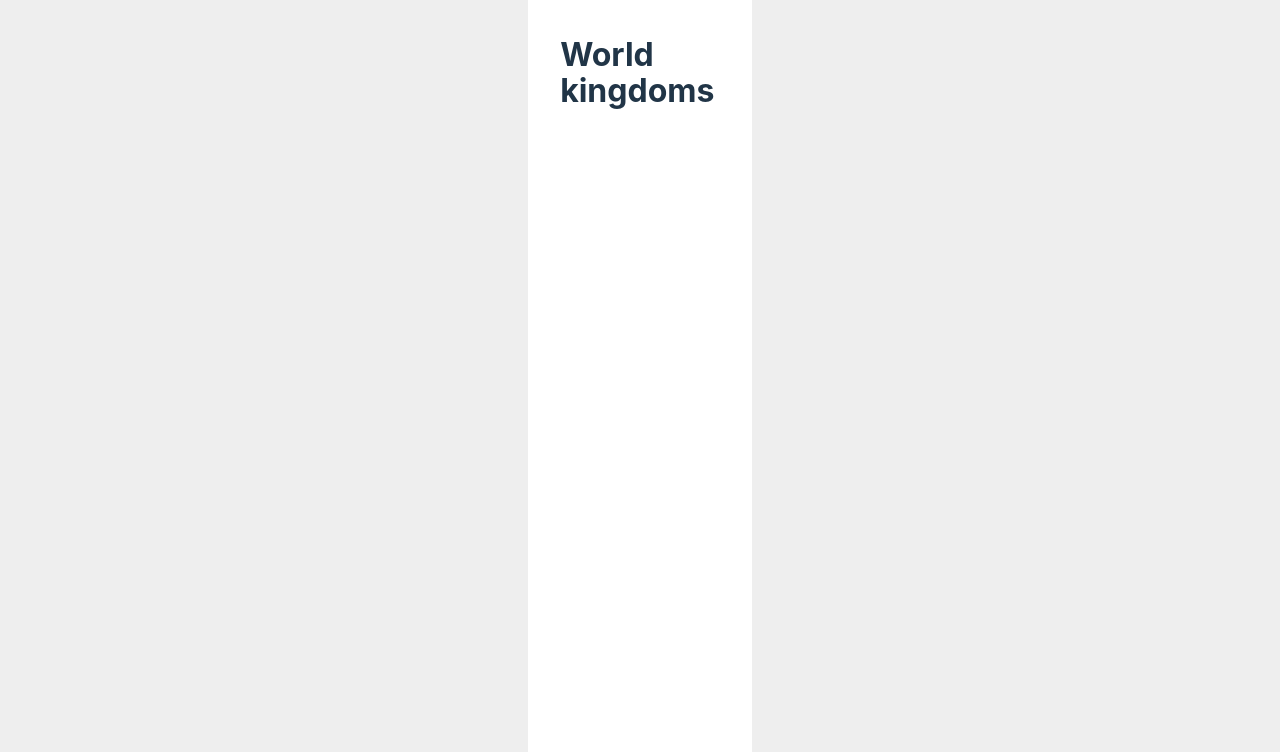
Repository: SamanthaYan298/my_world_kingdoms
Page: /
The author's editor kept a copy of each file at every save. The page is drawn from the files as they stood at one save, then again after the next save.
The browser window is 1280 px wide. The pictures show the whole page.
The page's requests for data from a server got no answer. The project was rebuilt for these pictures with package versions that can differ from the ones it lists, and the page was loaded fresh each time. No one was signed in, and anything a server would have sent is missing. Also part of the build but not shown: vite.config.js.

Above is the page before, as saved 2024-11-20 18:00:21.

### src/App.jsx
import { useEffect, useState } from 'react'
import './App.css'
import Countries from '../components/Countries';

function App() {

  const [query, setQuery] = useState('');
  const [countries, setCountries] = useState([]);
  const [fetchStatus, setFetchStatus] = useState('idle');

  // load data on mount - only load once
  useEffect(() => {
    const url = ` https://restcountries.com/v3.1/name/kingdom`;

    async function fetchData() {
      let response, data;
      try{
        setFetchStatus('loading');
        response = await fetch(url);
        data = await response.json();
        setCountries(data);
        setFetchStatus('idle');
      } catch(e) {
        setFetchStatus('error');
        console.error(e.message);
      }
    }

    fetchData();

  }, [query]);

  let filteredCountries = [...countries];

  return (
    <>
    <div className='countries'>
      <h1>World kingdoms</h1>
      <Countries countries={filteredCountries} />
    </div>

    </>
  )
}

export default App

### src/App.css
#root {
  max-width: 1280px;
  margin: 0 auto;
  padding: 0 2rem;
  text-align: center;
}

body {
  background: #eee;
  margin: 0;
}

h1 {
  display: block;
  font-size: 2em;
  margin-block-start: 0.67em;
  margin-block-end: 0.67em;
  margin-inline-start: 0px;
  margin-inline-end: 0px;
  font-weight: bold;
  unicode-bidi: isolate;
  text-align: left;
}

.countries {
  width: 50%;
  background: #fff;
  margin: 0 auto;
  padding: 1em 2em;
  height: 100vh;
}

img {
  width: 50%;
}

### components/Countries.jsx
import '../src/App.css'

function Countries({ countries }) {

    return (
      <div className='outer-container'>
        {countries.map((country, index) => (
            <div key={index} className='cards-container'>
              <div className='cards'>
                <div className='cards-header'>
                  <div>
                    <img src={country.flags.png} alt={`Flag of ${country.name.common}`} />
                  </div>
                  <h4 className='name'>{country.name.common}</h4>
                </div>
                <div>
                  <div className='country-info'>
                    <p>
                      <span><strong>Capital: </strong></span>
                      <span>{country.capital}</span>
                    </p>
                    <p>
                      <span><strong>Location in: </strong></span>
                      <span className='borders'>{country.subregion}</span>
                    </p>
                  </div>
                </div>
              </div>
            </div>
          ))}
      </div>
    );
  }

  export default Countries;

Loaded but not shown: index.html (common file); src/main.jsx (common file); src/index.css (common file)

After the next save:
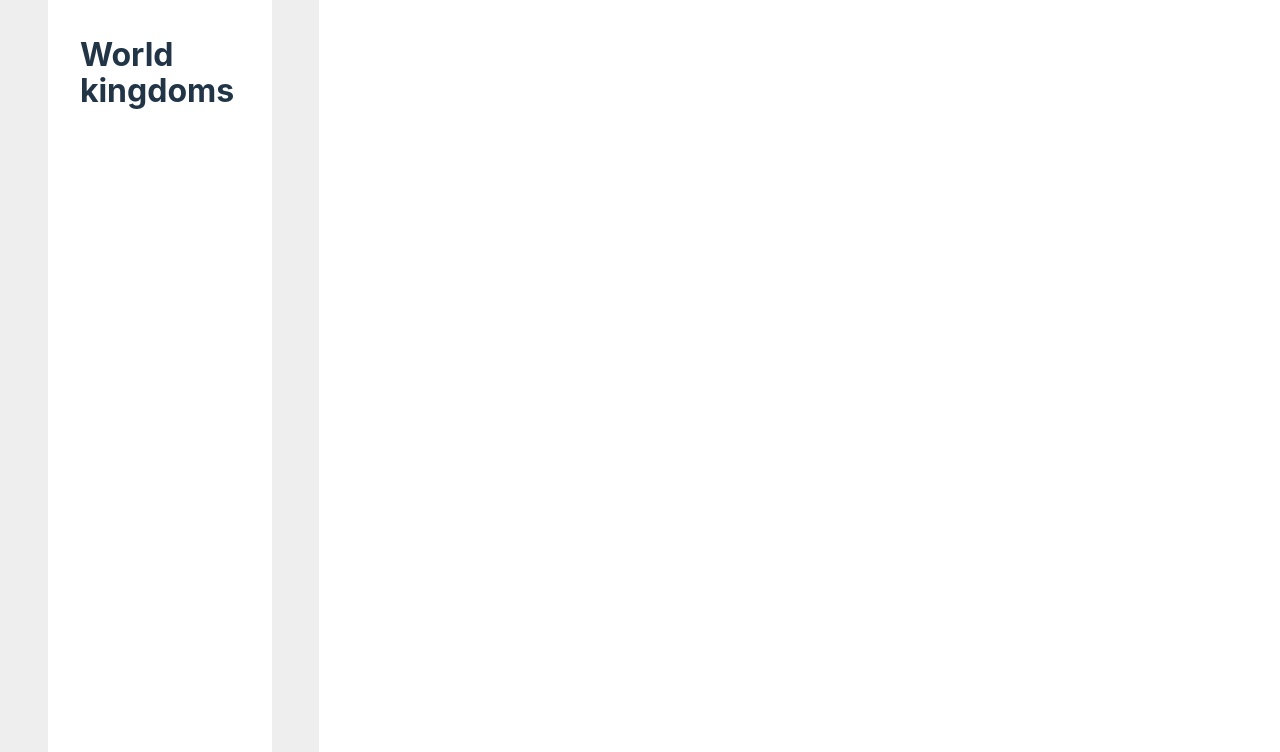
Saved 32 s later.
--- a/src/App.css
+++ b/src/App.css
@@ -1,14 +1,8 @@
 #root {
-  max-width: 1280px;
-  margin: 0 auto;
-  padding: 0 2rem;
-  text-align: center;
-}
-
-body {
   background: #eee;
   margin: 0;
 }
+
 
 h1 {
   display: block;
